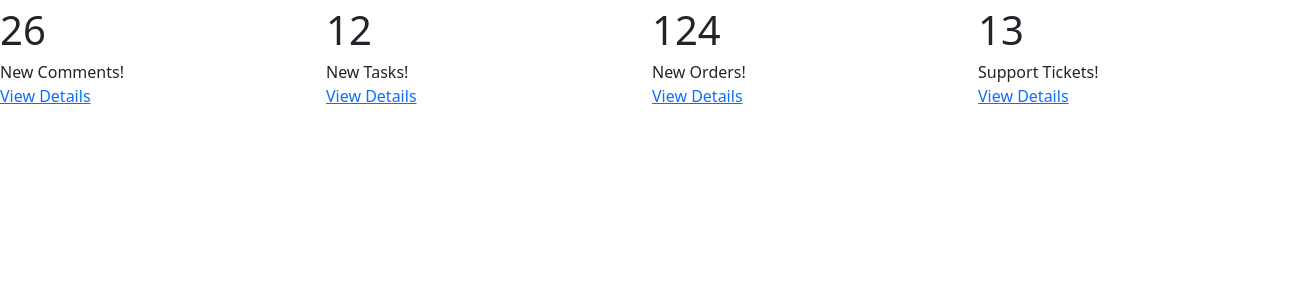
Repository: aache/call-log-management
Page: /dashboard
The author's editor kept a copy of each file at every save. The page is drawn from the files as they stood at one save, then again after the next save.
The browser window is 1280 px wide. The page is 1292 px wide, so the pictures cover 1292 px, including what lies to the right of the window. The pictures show the whole page.
The project was rebuilt for these pictures with package versions that can differ from the ones it lists, and the page was loaded fresh each time. Also part of the build but not shown: angular.json, src/app/login/login.component.ts, src/app/vertical-navigation/vertical-navigation.component.ts.

Above is the page before, as saved 2019-01-05 15:58:42.

### src/index.html
<!doctype html>
<html lang="en">
<head>
  <meta charset="utf-8">
  <title>CallLogApp</title>

  <base href="/">

  <meta name="viewport" content="width=device-width, initial-scale=1">
  <link rel="icon" type="image/x-icon" href="favicon.ico">
</head>
<body>
  <app-root></app-root>
</body>
</html>

### src/app/app.module.ts
import { BrowserModule } from '@angular/platform-browser';
import { NgModule } from '@angular/core';
import { AppRoutingModule } from './app-routing.module';
import { ReactiveFormsModule } from '@angular/forms';

import { AppComponent } from './app.component';
import { LoginComponent } from './login/login.component';
import { DashboardComponent } from './dashboard/dashboard.component';
import { VerticalNavigationComponent } from './vertical-navigation/vertical-navigation.component';


import { LoginAuthService } from './services/login/login-auth.service';
import { AppSettings } from './app-settings';

@NgModule({
  declarations: [
    AppComponent,
    LoginComponent,
    DashboardComponent,
    VerticalNavigationComponent
  ],
  imports: [
    BrowserModule,
    AppRoutingModule,
    ReactiveFormsModule
  ],
  providers: [
    AppSettings,
    LoginAuthService
  ],
  bootstrap: [AppComponent]
})
export class AppModule { }

### src/app/app-routing.module.ts
import { NgModule } from '@angular/core';
import { Routes, RouterModule } from '@angular/router';
import { AppComponent } from './app.component';
import { LoginComponent } from './login/login.component';
import { DashboardComponent } from './dashboard/dashboard.component';

const routes: Routes = [
  {path: 'dashboard' , component: DashboardComponent},
  {path: '' , component: LoginComponent}
];

@NgModule({
  imports: [RouterModule.forRoot(routes)],
  exports: [RouterModule]
})
export class AppRoutingModule { }

### src/app/app.component.ts
import { Component } from '@angular/core';

@Component({
  selector: 'app-root',
  templateUrl: './app.component.html',
  styleUrls: ['./app.component.css' ]
})
export class AppComponent {
  title = 'call-log-app';
}

### src/app/services/login/login-auth.service.ts
import { Injectable } from '@angular/core';
import { AppSettings } from '../../app-settings';

@Injectable({
  providedIn: 'root'
})
export class LoginAuthService {

  constructor() { }
  printLogin(username: String, password: String) {
    console.log(username + '::::' + password + AppSettings.API_ENDPOINT);
  }
}

### src/app/app-settings.ts
export class AppSettings {
    public static API_ENDPOINT = 'http://127.0.0.1:3000/api/';
}

### src/app/app.component.html
<!--The content below is only a placeholder and can be replaced.-->
<!--app-vertical-navigation></app-vertical-navigation-->
<router-outlet></router-outlet>

### src/app/dashboard/dashboard.component.html
<div class="row">
  <div class="col-lg-3 col-md-6">
      <div class="panel panel-primary">
          <div class="panel-heading">
              <div class="row">
                  <div class="col-xs-3">
                      <i class="fa fa-comments fa-5x"></i>
                  </div>
                  <div class="col-xs-9 text-right">
                      <div class="huge">26</div>
                      <div>New Comments!</div>
                  </div>
              </div>
          </div>
          <a href="#">
              <div class="panel-footer">
                  <span class="pull-left">View Details</span>
                  <span class="pull-right"><i class="fa fa-arrow-circle-right"></i></span>
                  <div class="clearfix"></div>
              </div>
          </a>
      </div>
  </div>
  <div class="col-lg-3 col-md-6">
      <div class="panel panel-green">
          <div class="panel-heading">
              <div class="row">
                  <div class="col-xs-3">
                      <i class="fa fa-tasks fa-5x"></i>
                  </div>
                  <div class="col-xs-9 text-right">
                      <div class="huge">12</div>
                      <div>New Tasks!</div>
                  </div>
              </div>
          </div>
          <a href="#">
              <div class="panel-footer">
                  <span class="pull-left">View Details</span>
                  <span class="pull-right"><i class="fa fa-arrow-circle-right"></i></span>
                  <div class="clearfix"></div>
              </div>
          </a>
      </div>
  </div>
  <div class="col-lg-3 col-md-6">
      <div class="panel panel-yellow">
          <div class="panel-heading">
              <div class="row">
                  <div class="col-xs-3">
                      <i class="fa fa-shopping-cart fa-5x"></i>
                  </div>
                  <div class="col-xs-9 text-right">
                      <div class="huge">124</div>
                      <div>New Orders!</div>
                  </div>
              </div>
          </div>
          <a href="#">
              <div class="panel-footer">
                  <span class="pull-left">View Details</span>
                  <span class="pull-right"><i class="fa fa-arrow-circle-right"></i></span>
                  <div class="clearfix"></div>
              </div>
          </a>
      </div>
  </div>
  <div class="col-lg-3 col-md-6">
      <div class="panel panel-red">
          <div class="panel-heading">
              <div class="row">
                  <div class="col-xs-3">
                      <i class="fa fa-support fa-5x"></i>
                  </div>
                  <div class="col-xs-9 text-right">
                      <div class="huge">13</div>
                      <div>Support Tickets!</div>
                  </div>
              </div>
          </div>
          <a href="#">
              <div class="panel-footer">
                  <span class="pull-left">View Details</span>
                  <span class="pull-right"><i class="fa fa-arrow-circle-right"></i></span>
                  <div class="clearfix"></div>
              </div>
          </a>
      </div>
  </div>
</div>

### src/app/dashboard/dashboard.component.css
.huge {
    font-size: 40px;
  }

Loaded but not shown: src/styles.css (common file); src/main.ts (common file); src/environments/environment.ts (common file); src/app/dashboard/dashboard.component.ts (common file); src/app/app.component.css (no stored copy; drawn as an empty file)

After the next save:
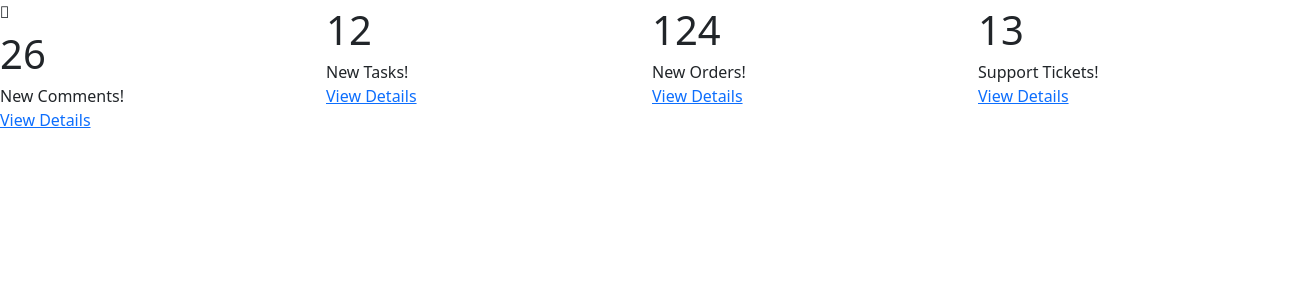
Saved 2 min 34 s later.
--- a/src/app/dashboard/dashboard.component.css
+++ b/src/app/dashboard/dashboard.component.css
@@ -1,3 +1,7 @@
 .huge {
     font-size: 40px;
   }
+
+  .fa-comments:before {
+    content: "\f086";
+  }

After the save that followed:
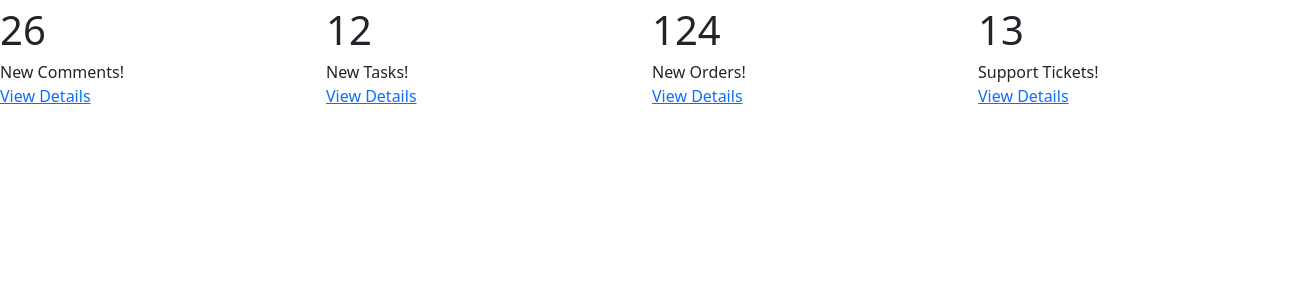
Saved 7 s later.
--- a/src/app/dashboard/dashboard.component.css
+++ b/src/app/dashboard/dashboard.component.css
@@ -2,6 +2,6 @@
     font-size: 40px;
   }
 
-  .fa-comments:before {
+  .fa-comments{
     content: "\f086";
   }
